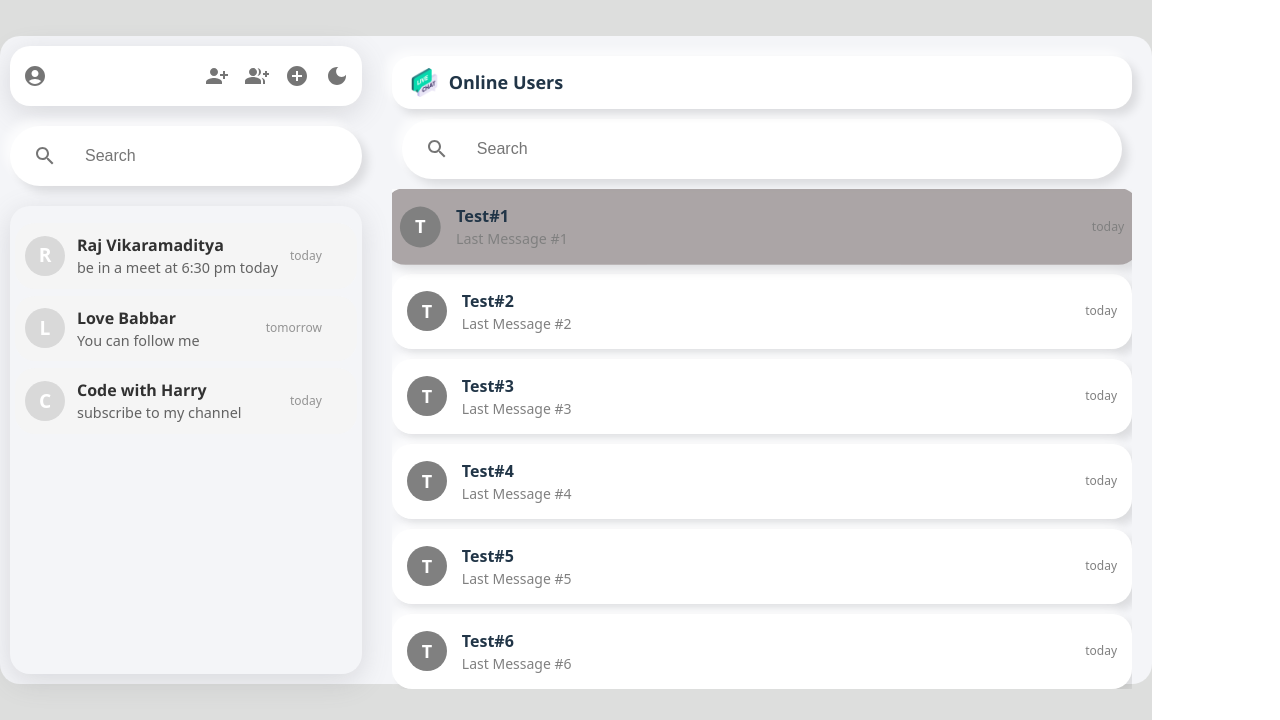
Repository: rahul-chakradhari/chat_app
Page: /app
These files come from the project's save history. The page is drawn as it stood at one moment and after the next save; the edit follows.
The browser window is 1280 px wide. The pictures show the whole page.
The pointer rests on the first visible `.listitem`.
An inner scrolling area shows only its first screen. The project was rebuilt for these pictures with package versions that can differ from the ones it lists, and the page was loaded fresh each time. Also part of the build but not shown: vite.config.js, src/components/Login.jsx, src/components/Messagebyme.jsx, src/components/Messagebyothers.jsx, src/components/Chatarea.jsx, src/components/Welcome.jsx, src/components/Creategroups.jsx.

Above is the page before, as saved 2025-03-01 13:26:45.

### index.html
<!DOCTYPE html>
<html lang="en">
  <head>
    <meta charset="UTF-8" />
    <link rel="icon" href="./live-chat.png" />

    <meta name="viewport" content="width=device-width, initial-scale=1.0" />
    <title>Vite + React</title>
  </head>
  <body>
    <div id="root"></div>
    <script type="module" src="/src/main.jsx"></script>
  </body>
</html>

### src/App.jsx
import "./App.css";
import Login from "./components/Login";
import Maincontainer from "./components/Maincontainer";

function App() {
  return (
    <div className="App">
      {/* <Login />*/}
      {<Maincontainer />}
    </div>
  );
}

export default App;

### src/App.css
* {
  margin: 0;
}
.App {
  background-color: #dddedd;
  min-height: 100vh;
  display: flex;
  justify-content: center;
  align-items: center;
}

### src/components/Maincontainer.jsx
import "./Mystyles.css";
import Sidebar from "./Sidebar";
import Chatarea from "./Chatarea";
import Welcome from "./Welcome";
import Creategroups from "./Creategroups";
import Users from "./Users";

const Maincontainer = () => {
  return (
    <div className="main">
      <Sidebar />
      {/*<Creategroups />*/}
      {/*<Welcome />*/}
      {/*<Chatarea />*/}
      <Users />
    </div>
  );
};

export default Maincontainer;

### src/components/Mystyles.css
.main {
  background-color: #f4f5f8;
  height: 90vh;
  width: 90vw;
  display: flex;
  border-radius: 20px;
}
.side {
  flex: 0.3;
  display: flex;
  flex-direction: column;
}
.chat {
  background-color: aliceblue;
  flex: 0.7;
}
.headers {
  background-color: white;
  border-radius: 20px;
  padding: 10px 5px;
  margin: 10px;
  display: flex;
  justify-content: space-between;
  box-shadow: rgba(100, 100, 111, 0.2) 0px 7px 29px 0px;
}
.search {
  background-color: white;
  border-radius: 20px;
  padding: 10px 10px;
  margin: 10px;
  display: flex;
  align-items: center;
  box-shadow: rgba(100, 100, 111, 0.2) 0px 7px 29px 0px;
}
.box {
  outline-width: 0;
  border: none;
  font-size: 1.25rem;
  margin-left: 10px;
}
.conver {
  background-color: white;
  border-radius: 20px;
  padding: 10px 5px;
  margin: 10px;
  flex: 1;
}
.conversation {
  border-radius: 20px;
  margin: 10px 5px;
  flex: 1;
  margin-right: 10px;
  margin-left: 10px;
  padding: 10px 5px;
  box-shadow: rgba(100, 100, 111, 0.2) 0px 7px 29px 0px;
}
.conversationitem,
.listtem {
  display: flex;
  align-items: center; /* Items ko vertical center align karega */
  gap: 12px; /* Icon aur text ke beech gap */
  padding: 10px;
  margin: 3px;
  border-radius: 20px;
  margin-left: 0px;
  margin-right: auto;
  margin-top: 7px;
  background-color: #f5f5f5; /* Light background */
  width: 100%;
  width: calc(100% - 20px);
  overflow: hidden; /* Extra content hide */
  white-space: nowrap; /* Ek hi line me rahe */
  text-overflow: ellipsis; /* Overflow hone par "..." dikhe */
}
.conversationitem::-webkit-scrollbar {
  display: none;
}

.icon {
  display: flex;
  justify-content: center;
  align-items: center;
  background-color: #d9d9d9;
  font-size: 1.2rem;
  font-weight: bold;
  color: white;
  height: 40px;
  width: 40px;
  border-radius: 50%;
  flex-shrink: 0; /* Icon ka size maintain rahega */
}

.conversation-text {
  display: flex;
  flex-direction: column;
  flex-grow: 1; /* Ye ensure karega ki text area full width le */
}

.title {
  font-weight: bold;
  font-size: 1rem;
  color: rgba(0, 0, 0, 0.8);
  font-family: "Segoe UI", Tahoma, Geneva, Verdana, sans-serif;
}

.message {
  font-size: 0.9rem;
  color: rgba(0, 0, 0, 0.6);
}

.time {
  margin-right: 25px;
  font-size: 0.75rem;
  color: rgba(0, 0, 0, 0.4);
  flex-shrink: 0; /* Time ka size fix rahe */
}
.chat {
  display: flex;
  flex-direction: column;
  flex: 0.7;
}
.chattingwith {
  background-color: green;
}
.mess {
  background-color: aquamarine;
  flex-grow: 1;
  box-shadow: rgba(100, 100, 111, 0.2) 0px 7px 29px 0px;
}
.inputbox {
  background-color: green;
  box-shadow: rgba(100, 100, 111, 0.2) 0px 7px 29px 0px;
}
.trash {
  color: black;
}
.chat {
  display: flex;
  flex-direction: column;
  flex: 0.7;
  overflow: visible;
  background: #f8f9fa; /* Light grey */
}

.chat-header {
  position: relative;
  display: flex;
  justify-content: space-between;
  align-items: center;
  padding: 10px;
  margin-top: 4px;
  border-radius: 20px;
  background: white;
  border-bottom: 1px solid #ddd;
  box-shadow: rgba(50, 50, 93, 0.25) 0px 6px 12px -2px,
    rgba(0, 0, 0, 0.3) 0px 3px 7px -3px;
}
.avatar {
  border-color: #d9d9d9;
  color: white;
}
.chat-info {
  display: flex;
  align-items: center;
}

.chat-info .avatar {
  width: 40px;
  height: 40px;
  border-radius: 50%;
  background: #bbb;
  display: flex;
  justify-content: center;
  align-items: center;
  font-weight: bold;
  margin-right: 10px;
}

.trash {
  color: black;
}

.mess {
  flex-grow: 1;
  padding: 20px;
  background: #f5f5f5;
  border-radius: 20px;
}

.inputbox {
  padding: 10px;
  border-top: 1px solid #ddd;
  background: white;
  border-radius: 20px;
  margin-bottom: 6px;
}

.inputbox input {
  width: 100%;
  padding: 8px;
  border: none;
  outline: none;
}
.name-time {
  display: flex;
  flex-direction: column;
  align-items: flex-start; /* Left-align text properly */
}

.niche {
  font-size: 12px;
  color: gray;
  margin: 2px 0 0 3px;
  margin-top: 2px;
  margin-right: 12px;
  /* 👈 Adjust left margin properly */
  padding-right: 42px; /* 🔹 Slight padding for spacing */
}
.inputbox {
  display: flex;
  justify-content: center;
}
.othertextcontent,
.con-icon {
  width: 200px; /* Box ka width */
  height: auto; /* Height content ke according adjust hogi */
  font-size: 16px; /* Text size change karne ke liye */
  padding: 10px; /* Text aur border ke beech space ke liye */
  background-color: aquamarine; /* Light gray background */
  border-radius: 10px; /* Rounded corners */
  margin-left: 750px;
}
.othertextcontent {
  border-color: #f5f5f5;
}
.selfmessagecontainer {
  width: 200px; /* Box ka width */
  height: auto; /* Height content ke according adjust hogi */
  font-size: 16px; /* Text size change karne ke liye */
  padding: 10px; /* Text aur border ke beech space ke liye */
  background-color: lightsalmon; /* Light gray background */
  border-radius: 10px; /* Rounded corners */
}
.mess {
  height: 500px;
  overflow-y: auto;
  display: flex;
  flex-direction: column;
}
.mess::-webkit-scrollbar {
  display: none;
}

.welcome {
  min-height: 89vh;
  flex: 0.7;
  display: flex;
  flex-direction: column;
  justify-content: center;
  align-items: center;
  gap: 25px;
  font-family: "Segoe UI", Tahoma, Geneva, Verdana, sans-serif;
  color: rgba(0, 0, 0, 0.87);
  border-bottom: 2px solid #63d7b0;
  background-color: #ffffff;
  border-radius: 20px;
}

.logo {
  height: 15vw;
  margin-bottom: 10px;
}
.group {
  flex: 0.7;
  align-self: center;
  padding: 20px 10px;
  margin: 10px;
  background-color: white;
  border-radius: 20px;
  display: flex;
  justify-content: space-between;
}
.inputgroup {
  font-size: 18px;
  outline-width: 0;
  border: none;
}
.login {
  height: 90vh;
  width: 90vw;
  background-color: #f4f5f8;
  border-radius: 20px;
  display: flex;
}
.loginimage {
  flex: 0.3;
}
.loginbox {
  flex: 0.7;
  font-family: "Segoe UI", Tahoma, Geneva, Verdana, sans-serif;

  background-color: white;
  border-radius: 20px;
  margin: 10px;
  color: #63d7b0;
  font-weight: bolder;
  display: flex;
  justify-content: center;
  align-items: center;
  flex-direction: column;
  gap: 20px;
}
.loginlogo {
  height: 15vw;
  margin-top: 201px;
  margin-left: 75px;
}
.logintitle {
  font-size: 30px;
} /* Main List Container */
.list {
  padding: 20px;
  width: 100%;
}

/* Online Users Box */
.headerlist {
  display: flex;
  justify-content: center;
  margin-bottom: 10px;
}

.header-box {
  width: 100%; /* Adjust as needed */
  max-width: 1100px;
  background-color: white;
  border-radius: 20px;
  padding: 12px 18px;
  display: flex;
  align-items: center;
  gap: 10px;
  box-shadow: 6px 6px 10px rgba(0, 0, 0, 0.1),
    -6px -6px 10px rgba(255, 255, 255, 0.7);
}

.logo-img {
  width: 1.8rem;
  height: 1.8rem;
}

/* Search Box */
.search {
  background-color: white;
  border-radius: 30px;
  padding: 10px 15px;
  margin: 10px;
  display: flex;
  align-items: center;
  box-shadow: 6px 6px 10px rgba(0, 0, 0, 0.1),
    -6px -6px 10px rgba(255, 255, 255, 0.7);
}

.search .box {
  border: none;
  outline: none;
  font-size: 16px;
  flex: 1;
  padding-left: 10px;
}

/* User List */
.uglist {
  display: flex;
  flex-direction: column;
  gap: 10px;
  height: 500px; /* Fixed height for scroll */
  overflow-y: auto; /* Enable vertical scrolling */
}

.uglist::-webkit-scrollbar {
  display: none;
}
/* Individual User Item */
.listitem {
  display: flex;
  align-items: center;
  background-color: white;
  padding: 15px;
  border-radius: 20px;
  box-shadow: 6px 6px 10px rgba(0, 0, 0, 0.1),
    -6px -6px 10px rgba(255, 255, 255, 0.7);
  transition: transform 0.2s;
}

.listitem:hover {
  transform: scale(1.02);
  background-color: #968f8fc7;
}

.user-icon {
  background-color: gray;
  color: white;
  width: 40px;
  height: 40px;
  border-radius: 50%;
  display: flex;
  justify-content: center;
  align-items: center;
  font-size: 18px;
  font-weight: bold;
  margin-right: 15px;
}

.user-info {
  flex-grow: 1;
}

.username {
  font-weight: bold;
  font-size: 16px;
}

.last-message {
  font-size: 14px;
  color: gray;
}

.timestamp {
  font-size: 12px;
  color: gray;
}
.ugtitle {
  font-size: large;
  font-weight: 600;
  font-family: "Segoe UI", Tahoma, Geneva, Verdana, sans-serif;
}

### src/components/Sidebar.jsx
import { useState } from "react";
import AccountCircleIcon from "@mui/icons-material/AccountCircle";
import PersonAddAlt1Icon from "@mui/icons-material/PersonAddAlt1";
import GroupAddIcon from "@mui/icons-material/GroupAdd";
import AddCircleIcon from "@mui/icons-material/AddCircle";
import DarkModeIcon from "@mui/icons-material/DarkMode";
import SearchIcon from "@mui/icons-material/Search";
import Conversationitem from "./Conversationitem";
import "./Mystyles.css";
import { IconButton } from "@mui/material";

const Sidebar = () => {
  const [conversations, setConversations] = useState([
    {
      id: 1,
      name: "Raj Vikaramaditya",
      lastMessage: "be in a meet at 6:30 pm today",
      timeStamp: "today",
    },
    {
      id: 2,
      name: "Love Babbar",
      lastMessage: "You can follow me ",
      timeStamp: "tomorrow",
    },
    {
      id: 3,
      name: "Code with Harry",
      lastMessage: "subscribe to my channel",
      timeStamp: "today",
    },
  ]);

  return (
    <div className="side">
      <div className="headers">
        <div>
          <IconButton>
            <AccountCircleIcon />
          </IconButton>
        </div>
        <div>
          <IconButton>
            <PersonAddAlt1Icon />
          </IconButton>
          <IconButton>
            <GroupAddIcon />
          </IconButton>
          <IconButton>
            <AddCircleIcon />
          </IconButton>
          <IconButton>
            <DarkModeIcon />
          </IconButton>
        </div>
      </div>

      <div className="search">
        <IconButton>
          <SearchIcon />
        </IconButton>
        <input placeholder="Search" className="box" />
      </div>

      <div className="conversation">
        {conversations.map((conversation) => (
          <Conversationitem key={conversation.id} {...conversation} />
        ))}
      </div>
    </div>
  );
};

export default Sidebar;

### src/components/Users.jsx
import "./myStyles.css";
import { useState } from "react";
import SearchIcon from "@mui/icons-material/Search";
import { IconButton } from "@mui/material";
import logo from "./images/live-chat.png";

const Users = () => {
  const [conversations, setConversations] = useState([
    {
      id: 1,
      name: "Test#1",
      lastMessage: "Last Message #1",
      timeStamp: "today",
    },
    {
      id: 2,
      name: "Test#2",
      lastMessage: "Last Message #2",
      timeStamp: "today",
    },
    {
      id: 3,
      name: "Test#3",
      lastMessage: "Last Message #3",
      timeStamp: "today",
    },
    {
      id: 4,
      name: "Test#4",
      lastMessage: "Last Message #4",
      timeStamp: "today",
    },
    {
      id: 3,
      name: "Test#5",
      lastMessage: "Last Message #5",
      timeStamp: "today",
    },
    {
      id: 3,
      name: "Test#6",
      lastMessage: "Last Message #6",
      timeStamp: "today",
    },
    {
      id: 3,
      name: "Test#7",
      lastMessage: "Last Message #7",
      timeStamp: "today",
    },
    {
      id: 3,
      name: "Test#8",
      lastMessage: "Last Message #8",
      timeStamp: "today",
    },
    {
      id: 3,
      name: "Test#9",
      lastMessage: "Last Message #9",
      timeStamp: "today",
    },
    {
      id: 3,
      name: "Test#10",
      lastMessage: "Last Message #10",
      timeStamp: "today",
    },
  ]);

  return (
    <div className="list">
      {/* Online Users Box */}
      <div className="headerlist">
        <div className="header-box">
          <img src={logo} alt="logo" className="logo-img" />
          <p className="ugtitle">Online Users</p>
        </div>
      </div>

      {/* Search Box */}
      <div className="search">
        <IconButton>
          <SearchIcon />
        </IconButton>
        <input placeholder="Search" className="box" />
      </div>

      {/* User List */}
      <div className="uglist">
        {conversations.map((user) => (
          <div key={user.id} className="listitem">
            <div className="user-icon">{user.name.charAt(0)}</div>
            <div className="user-info">
              <p className="username">{user.name}</p>
              <p className="last-message">{user.lastMessage}</p>
            </div>
            <p className="timestamp">{user.timeStamp}</p>
          </div>
        ))}
      </div>
    </div>
  );
};

export default Users;

### src/components/Conversationitem.jsx
const Conversationitem = (props) => {
  return (
    <div className="conversationitem">
      <p className="icon">{props.name[0]}</p>
      <div className="conversation-text">
        <p className="title">{props.name}</p>
        <p className="message">{props.lastMessage}</p>
      </div>
      <p className="time">{props.timeStamp}</p>
    </div>
  );
};

export default Conversationitem;

Loaded but not shown: src/main.jsx (common file); src/index.css (common file)

After the next save:
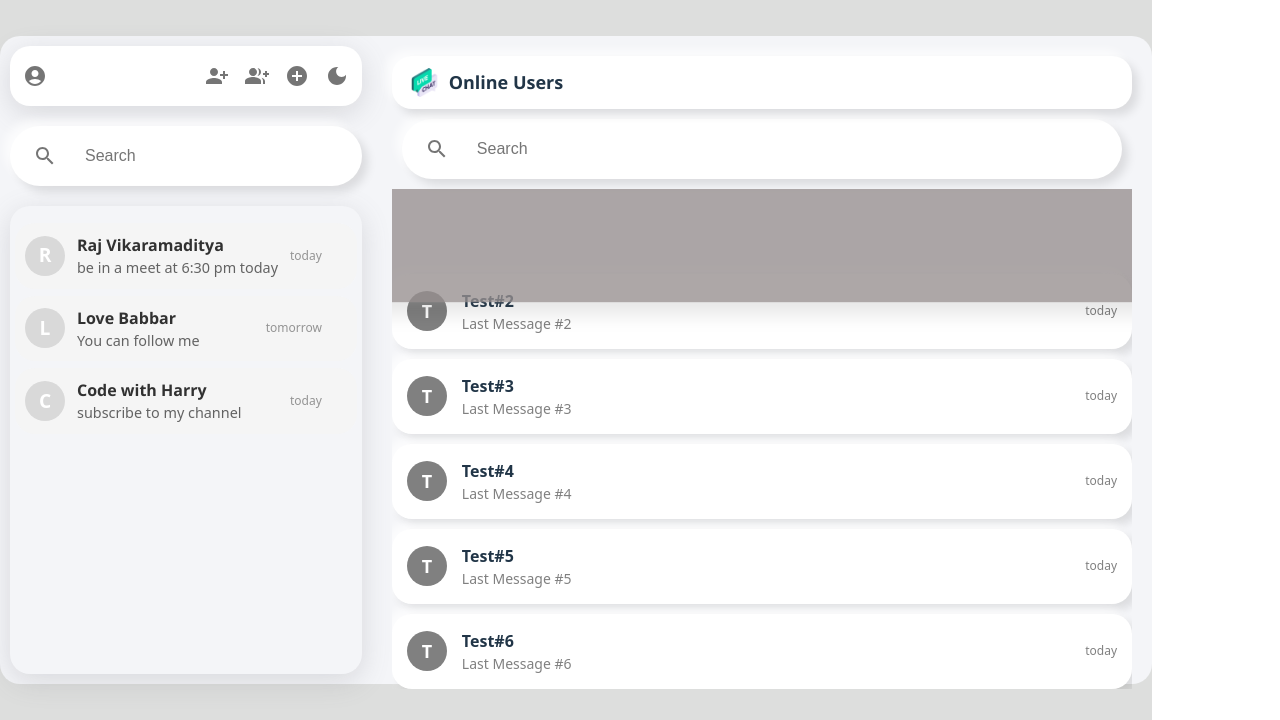
Saved 35 s later.
--- a/src/components/Mystyles.css
+++ b/src/components/Mystyles.css
@@ -393,7 +393,7 @@
 }
 
 .listitem:hover {
-  transform: scale(1.02);
+  transform: scale(2.02);
   background-color: #968f8fc7;
 }
 

After the save that followed:
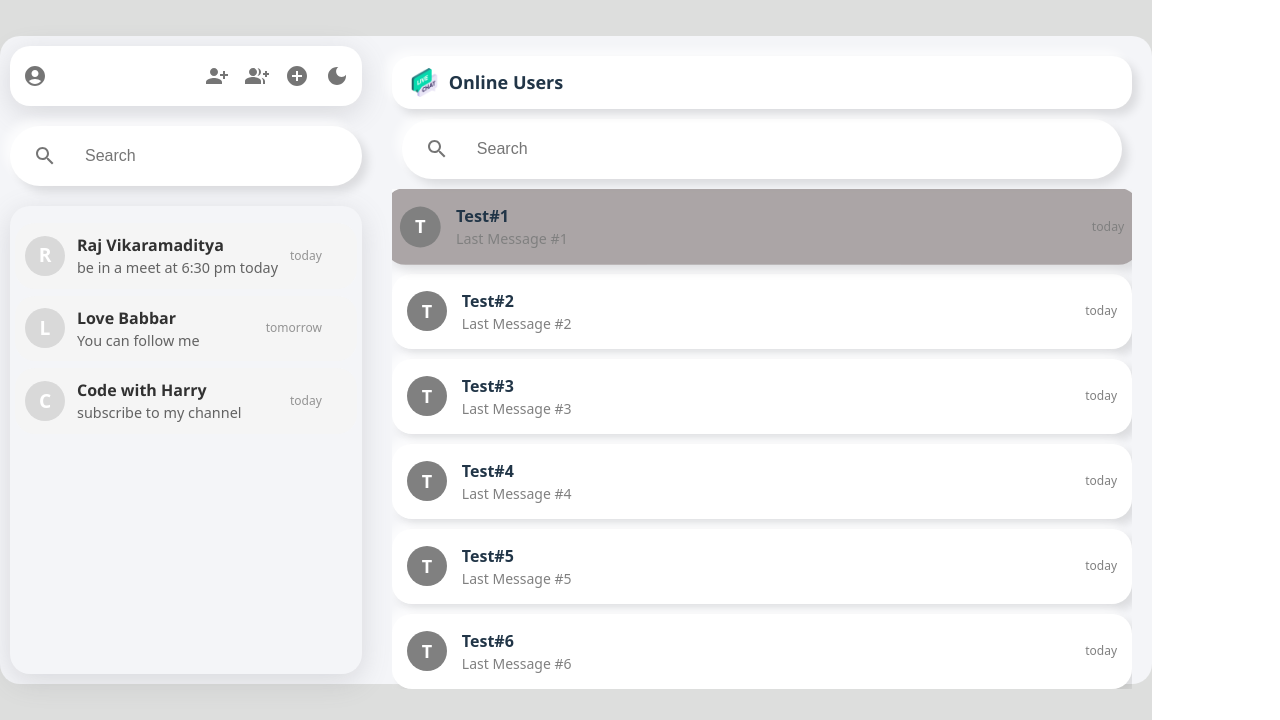
Saved 12 s later.
--- a/src/components/Mystyles.css
+++ b/src/components/Mystyles.css
@@ -393,7 +393,7 @@
 }
 
 .listitem:hover {
-  transform: scale(2.02);
+  transform: scale(1.02);
   background-color: #968f8fc7;
 }
 
